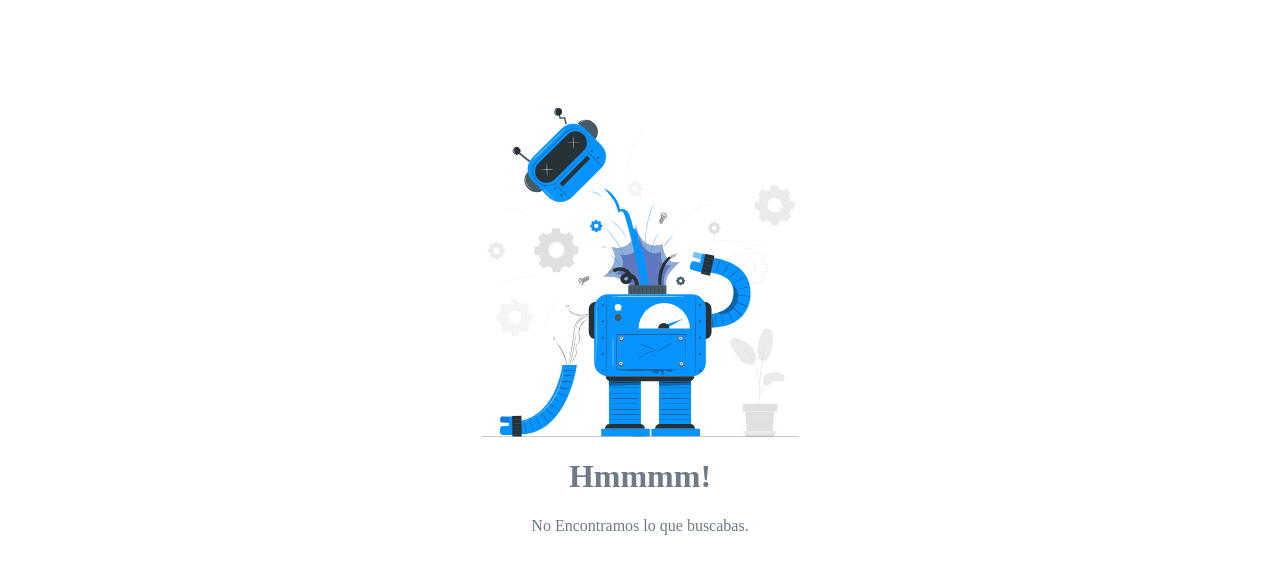
Repository: FabioMadrid/atlas_code
Page: 404.html
These files come from the project's save history. The page is drawn as it stood at one moment and after the next save; the edit follows.
The browser window is 1280 px wide. The pictures show the whole page.
Some web fonts or font styles are not loaded; a fallback is used. Some web libraries are served in a nearby version.

Above is the page before, as saved 2021-01-13 12:24:37.

### 404.html
<!DOCTYPE html>
<html lang="en">
<head>
    <meta charset="UTF-8">
    <meta name="viewport" content="width=device-width, initial-scale=1.0">
    <link rel="stylesheet" href="https://cdnjs.cloudflare.com/ajax/libs/font-awesome/4.7.0/css/font-awesome.min.css">
    <script src="https://kit.fontawesome.com/8bf4511c4b.js" crossorigin="anonymous"></script>
    <link rel="stylesheet" href="css/general.css">
    <link rel="stylesheet" href="css/style_lp.css">
    <link rel="stylesheet" href="https://atlas-home-colombia.s3.amazonaws.com/fonts/fonts.css">
    <title>Atlas Home</title>
</head>
<body>

    <div style="margin: 10% auto;">

        <div style="display: flex; justify-content: center;">
            <img src="/svg/robot_explotando.svg" alt="" >
        </div>

        <h1 class="text" style="text-align: center;">
            Hmmmm!
        </h1>
        <p class="text" style="text-align: center;">
            No Encontramos lo que buscabas.
        </p>

    </div>

</body>
</html>

### css/style_lp.css

body
{
    margin: 0 8%;
}

/* ---------------------------------------------- INICIO DE MODAL BUSQUEDA DE PROPIEDADES ------------------------------------------------------------*/
.modal
{
    display: none; /* Hidden by default */
    position: fixed; /* Stay in place */
    z-index: +2; /* Sit on top */
    left: 0;
    top: 0;
    width: 100%; /* Full width */
    height: 100%; /* Full height */
    background-color: rgb(0,0,0); /* Fallback color */
    background-color: rgba(0,0,0,0.4); /* Black w/ opacity */
    padding: 40px;
    overflow: hidden;
    animation: fadeEffect 0.5s; /* Fading effect takes 1 second */
    margin: 0;
}

  /* Modal Content */

  .modal-content
{
    background-color: #fefefe;
    margin: auto;
    padding: 20px;
    border: none;
    border-radius: 10px;
    width: 45%;
    z-index: +3;
}
.overflow
{
    max-height: 100%;
    overflow-y: auto !important;
}

  /* The Close Button */
  .close
{
    color: white;
    float: right;
    font-size: 28px;
    text-align: center;
    font-weight: bold;
    border: 2px solid #0894FE;
    background-color: #0894FE;
    border-radius: 50%;
    width: 35px;
    height: 35px;
    position: absolute;
    top: -35px;
    right:-35px;
}

  .close:hover,
  .close:focus {
    background-color: #CC5F54;
    border: none;
    text-decoration: none;
    cursor: pointer;
  }
  .titulo-modal
  {
    text-align: center;
    border-bottom: 2px solid rgba(156, 156, 156, 0.219);
    padding-bottom: 7px;
    margin: 15px 10%;
  }


  /*-------------------------------------------------------------- Clases del SEARCH Modal------------------------------------------- */

  .inmueble-selector
  {
      display: flex;
      justify-content: center;
      flex-direction: row;
      flex-wrap: wrap;
      align-items: center;
  }
    .inmueble-selector input
    {
      margin:0;padding:0;
      -webkit-appearance:none;
      -moz-appearance:none;
      appearance:none;
    }

  .vivienda
  {
      background-image:url(/svg/vivienda-icon-azul.svg);
  }
  .apartamento
  {
      background-image:url(/svg/apartamento-icon-azul.svg);
  }
  .terreno
  {
      background-image:url(/svg/terreno-icon-azul.svg);
  }

  .inmueble-selector input:active + .drinkcard-cc
  {
      opacity:none;
  }
  .inmueble-selector input:checked + .drinkcard-cc
  {
      -webkit-filter: none;
         -moz-filter: none;
              filter: none;
              color:#0048CD;
  }
  .drinkcard-cc
  {
      cursor:pointer;
      background-size:contain;
      background-repeat:no-repeat;
      display:inline-block;
      width:90px;height:80px;
      color: inherit;
      -webkit-transition: all 100ms ease-in;
         -moz-transition: all 100ms ease-in;
              transition: all 100ms ease-in;
              -webkit-filter: brightness(1) grayscale(1) opacity(1);
              -moz-filter: brightness(1) grayscale(1) opacity(1);
                   filter: brightness(1) grayscale(1) opacity(1);
  }
  .drinkcard-cc:hover
  {
      -webkit-filter: none;
         -moz-filter: none;
              filter: none;
              color:#0048CD;
               /* width:93px;height:83px;*/
  }

  /* correciones del search modal */

  .correcion
  {
      left: 16px;
      bottom: -110px;
  }
  .correcion-a
  {
      bottom: -110px;
  }


@media screen and (max-width:880px)
{
    .modal-content
    {
        width: 90%;
    }
    .correcion
    {
    left: 16px;
    bottom: -100px;
    }
    .correcion-a
    {
    bottom: -100px;
    }
    .selects-50
    {
    float: none;
    width: 100%;
    margin: none;
    }
    .selects-50-right
    {
    float: none;
    width: 100%;
    }
    .topright
    {
    right: 7.5%;
    }
    .correcion-icon-credito
    {
        padding-top: 25%;
    }
}
@media screen and (max-width:450px)
{
    .drinkcard-cc
    {
        width: 80px;
        height: 70px;
    }
    .inmueble-selector
    {
        justify-content: space-around;
    }
    .modal-content
    {
        width: 100%;
    }
    .modal
    {
        padding: 0px;
    }
    .modal-content
    {
        border-radius: 0;
    }
    .topright
    {
    right: 7%;
    top: 4%;
    }

}
@media screen and (max-width:365px)
{
    .inmueble-selector
    {
        flex-direction: column;
    }
    .drinkcard-cc
    {
        margin-top: 30px;
    }
    .bottom-text
    {
        bottom: -105px;
    }
}

/* ----------------------------------------------------- titulos, textos y fonts ------------------------------------------------------------------ */
@font-face
{
    font-family: "FormaDJRText";
    src: url(https://atlas-home-colombia.s3.amazonaws.com/fonts/fonts.css);
}
.text
{
    font-family:"Forma DJR Text Edu";
    color: #6F7A88;
}
.title
{
    margin-top: 50px ;
    color:#0894FE;
    font-size:2em;
    font-weight:bold;
    display: block;
}
.subtitles
{
    color:#0894FE;
    font-weight:bold;
    display: block;

}
/* diseño de columnas y layout */
.flex-container
{
    display: flex;
    flex-flow: row wrap;
}
.flex-centrar
{
    justify-content: space-between;
    align-items: center;
}
.row:after
{
    content: "";
    display: table;
    clear: both;
}
.column-left
{
    float: left;
    width: 49.99%;
    padding: 15px;
    height:auto;
    display: block;
}
.column-50
{
    width: 49.99%;
    float: right;
    margin: auto;
}
.column-33
{
    width: 33.33%;
    float: left;
    margin: auto;
}
.clearfix::after
{
    content: "";
    clear: both;
    display: table;
}
.flex-box
{
   display: flex;
   flex-flow: row wrap;
   justify-content: center;
}

/* declaraciones de iconos */

.icon-lp
{
    width: 90%;
    height: auto;
    margin-top: 50px;
    display: block;
    margin: auto;
}
.icon-v
{
    max-height: 400px;
}
.boton-landing
{
    background: white ;
    color:#0894FE;
    border: #0894FE solid 1px;
    padding: 10px 15px;
    border-radius: 5px;
    display: block;
    width: 350px;
    height: 60px;
    margin: 30px auto 30px auto;
    font-size:15px;
    transition: background-color 0.4s;
    outline: none;
}
.triangulo-decor
{
    position: absolute;
    padding-top: 0px;
    width: 20%;
    height: auto;
    vertical-align: middle;
    border-style: none;
    box-sizing: border-box;
    max-width: 100%;
    z-index: -1;
}

/* declaraciones de botones */

.boton-landing:hover
{
    background-color: #2680EB;
    color: white;
    cursor: pointer;
    font-size: 17px;
    box-shadow: 0 12px 16px 0 rgba(0,0,0,0.24), 0 17px 50px 0 rgba(0,0,0,0.19);
}
button:active
{
    background-color: #6eb9f7;
    background-size: 100%;
    transition: background-color 0s;
    border: #0894FE solid 1px;
}

/* testimonios */
.box
{
    box-shadow: 0 4px 8px 0 rgba(0, 0, 0, 0.2), 0 6px 10px 0 rgba(133, 133, 133, 0.19);
    box-shadow: 5px grey;
    display: block;
    background-color: white;
    width: auto;
    text-align: left;
    margin: 20px 0% 20px 0%;
    padding: 10px 20px 40px 20px;
    border-radius: 5px;
}
.img
{
    float: left;
    padding-right: 5px;
    height: 100px;
    width: 100px;
}
.box::after
{
    content: "";
    clear: both;
    display: table;
}
.figcaption
{
    font:"Forma DJR Text Edu" medium 12px;
    color: #0894FE;
    margin-top: 15px;
    text-align: left;
}

/*----------- CSS PARA STEP FORMS ------------*/

/* Styling Parts */
#part1,
#part2,
#part3,
#part4,
#part5 {
  z-index: 2;
  display: block;
  height: auto;
  opacity: 1;
  transition: opacity 1s ease-in-out;
}

/* Hidden Parts */
#part2,
#part3,
#part4,
#part5
 {
  opacity: 0;
  height: 0;
  overflow: hidden;
}

/* Show Step 2 & Hide Step 1 */
#step2:checked ~ #part2
{
  opacity: 1;
  height: auto;
}
#step2:checked ~ #part1
{
  opacity: 0;
  height: 0;
  display: none;
}

/* Show Step 3  & Hide Step 2 */
#step3:checked ~ #part3
{
  opacity: 1;
  height: auto;
}
#step3:checked ~ #part2
{
  opacity: 0;
  width: 0;
  height: 0;
  display: none;
}

/* Show Step 4  & Hide Step 3 */
#step4:checked ~ #part4 {
    opacity: 1;
    height: auto;
  }
  #step4:checked ~ #part3 {
    opacity: 0;
    width: 0;
    height: 0;
    display: none;
  }

/* Show Step 5  & Hide Step 4 */
#step5:checked ~ #part5 {
    opacity: 1;
    height: auto;
  }
#step5:checked ~ #part4 {
    opacity: 0;
    width: 0;
    height: 0;
    display: none;
  }

  input[type=checkbox]
  {

    position: absolute;
    /* Position the checkbox in upper left corner */

    opacity: 0;
  }


/* ----- INICIO DE RESPONSIVE DESIGN------*/

/*diseño para ipads*/

@media only screen and (max-width: 800px)
{
    .caja
    {
        text-align: center;
    }
    .img
     {
        margin: auto;
        float: none;
        display: block;
    }
    .figcaption
    {
        text-align: center;
    }
    .icon-lp
    {
        height: auto;
        display: block;
        margin:auto;
        float: none;
    }
    .row:after
    {
        content: "";
        display: table;
        clear: both;
    }
    .boton-landing
    {
        width: 250px;
        height: 60px;
    }
    .title
    {
        font-size:1.3em;
    }
    .icon-v
    {
        height: 300px;
    }
    .icon-i
    {
        padding-top: 40%;
    }
    .text
    {
        text-align: center;
    }
}

/*diseño para moviles*/

@media only screen and (max-width: 700px)
{
    .column-50
    {
        width: 100%;
        float: none;
        margin: auto;
        overflow: hidden;
        padding: 15px;
        height:auto;
        display: block;
    }
    .column-left
    {
        float: none;
        width: 100%;
        padding: 15px;
        height:auto;
        display: block;
    }
    .boton-landing
    {
        width: 100%;
    }
    .icon-i
    {
        padding-top: 10px;
    }
    .triangulo-decor
    {
        width: 40%;
    }
    .correcion-icon-credito
    {
        padding-top: 0;
    }
}

/* footer */

.footer
{
    height: 250px;
    width: 100%;
    border-top: 5px solid #F2F2F2;
}
.footer-img
{
    background-image: url("/svg/city2.svg");
    background-color: transparent;
    height: 250px;
    background-position: center;
    background-repeat: no-repeat;
    background-size: cover;
}
.footer-logo
{
    display: block;
    width: auto;
    height: 80px;
    padding-top: 10px;
    margin: auto;
}
.fa
{
    display: inline-block;
    width: 50px;
    height: 50px;
    line-height: 50px;
    text-align: center;
    border: 3px;
    background-color: #fff;
    color: #0f4aa2;
    font-size: 30px;
    text-decoration: none;
    margin:0;
}
a
{
    text-decoration: none;
    cursor: pointer;
    color: inherit;
}
li
{
    list-style-type: none;
    display: inline-block;
    border: 1.5px solid  #0f4aa2;
    margin: 5px 7px;
}
.fa:hover {
    opacity: 0.7;
    color: #2680EB;
}
.footer-ul
{
    padding-left: 0;
}

button:active
{
background-color:white;
background-size: 100%;
transition: background-color 0s;
border: none;
outline: none;
}

.b-tipo-cita
{
    color: #6F7A88;
    border-bottom: 1px solid #6F7A88;
    display: block;
    text-align: center;
    width: 45%;
    margin-top: 0;
    cursor: pointer;
    outline: none;
    border-radius: none;
    padding: 10px;

}
.b-tipo-cita:hover+:checked
{
    border-bottom: 3px solid #2680EB;
    color: #2680EB;
}
.b-tipo-cita.active
{
    border-bottom: 3px solid #2680EB;
    color: #2680EB;
}

input[type="radio"]:checked+label {
    border-bottom: 3px solid #2680EB;
    color: #2680EB;
}

Loaded but not shown: css/general.css (885 lines, source omitted)

After the next save:
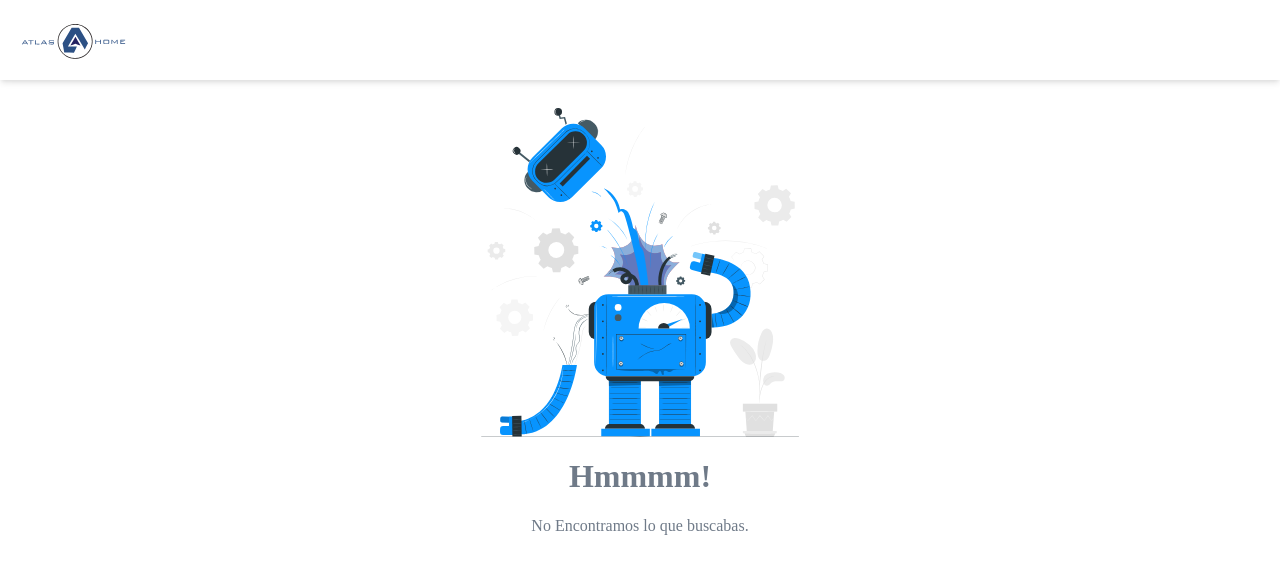
Saved 28 s later.
--- a/404.html
+++ b/404.html
@@ -11,6 +11,15 @@
     <title>Atlas Home</title>
 </head>
 <body>
+
+    <div class="topnav" id="myTopnav">
+        <div class="column-25" style="left: 0;">
+            <a href="./index.html">
+                <img src="./svg/logo_alargado_azul.svg" alt="Logo Atlas" id="logo-navbar">
+            </a>
+        </div>
+
+    </div>
 
     <div style="margin: 10% auto;">
 
